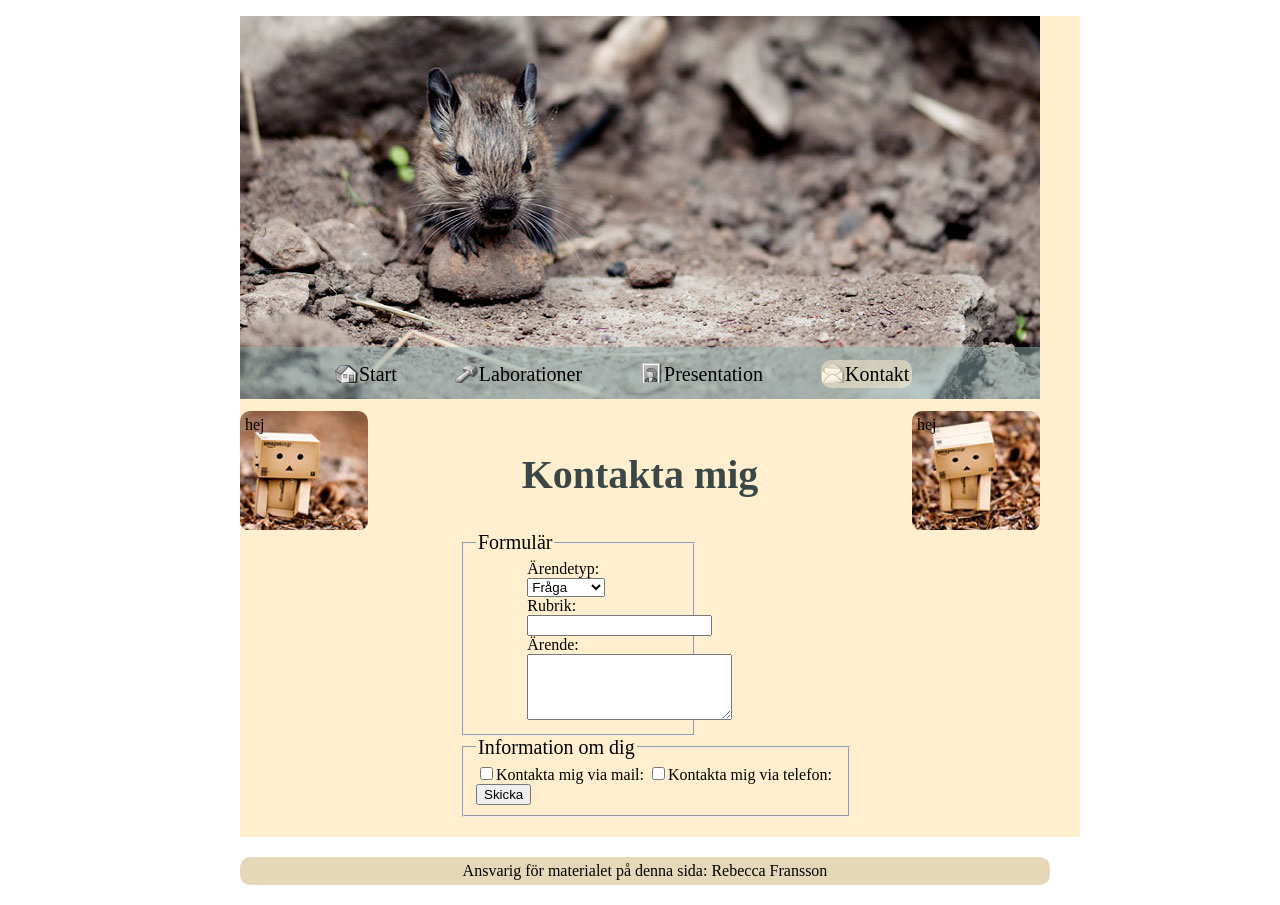
Repository: RebeccaFransson/Interfacedevelopment-1IK415
Page: pages/kontakt.html
The author's editor kept a record of every edit. The page is drawn from the files as they stood at one moment, then again after the next edit.
The browser window is 1280 px wide. The pictures show the whole page.

Above is the page before.

### pages/kontakt.html
<!DOCTYPE html>
<html>
 <head>
     <meta charset="utf-8" name="viewport" content="width=device-width, initial-scale=1.0" />
    <title>Kontakt</title>
     <link rel="stylesheet" href="../css/style.css" />
    <link rel="stylesheet" media="screen and (max-width:800px)" type="text/css" href="../css/min-style.css" />
 </head>
    <body>

   <div id="header">
        <p><img src="../Pictures/header.jpg" width="800" alt=""></p>

   </div>

   <div id="meny">
     <ul id="lista">
                <li id="start" class="meny-start">  <a href="../index.html">Start</a> </li>  <!-- ../ gör att jag kommer ut till mappen ovan.-->
                <li id="lab" class="meny-lab">      <a href="laborationer.html">Laborationer</a> </li>
                <li id="pres" class="meny-pres" >   <a href="presentation.html">Presentation</a> </li>
                <li id="kont" class="meny-kont">    <a class="active" href="kontakt.html">Kontakt</a> </li>
     </ul>
   </div>

   <div class="left pic">
     hej
    </div>
    <div class="right pic">
     hej
    </div>


   <div id="content">
   <h2>Kontakta mig</h2>
   <div class="form">
       <form name="form" method="post" action="http://voyager.lnu.se/tekinet/kurser/dtt/wp_webbintro/form.php">
         <fieldset style="width: 50%" >
          <legend>Formulär</legend>


         <!--Formuläret-->
        <div class="form">
           Ärendetyp: <select name="Ärendetyp">
          <option value="Fråga">Fråga</option>
          <option value="Klagomål">Klagomål</option>
         </select>
         Rubrik: <input type="text" name="Rubrik">
         Ärende: <textarea rows="4" cols="23"> </textarea>
        </fieldset>

        </div>

         <div class="form">
         <fieldset style="width: 90%" >
          <legend>Information om dig</legend>

           <input type="checkbox" name="kontakt" value="Mail">Kontakta mig via mail:
           <input type="checkbox" name="kontakt" value="Telefon">Kontakta mig via telefon:
           <input type="submit" value="Skicka">
          </fieldset>
          </div>

        </form>
   </div>
   </div>

   <div id="footer">
            Ansvarig för materialet på denna sida: Rebecca Fransson
   </div>

    </body>

     </html>

### css/style.css
body {

    width: 800px;
    margin:auto;

}

/*Här är min Header */
#header {

    background-color: #CCFFFF;
    height: auto;

}

#header img{
    float:left;
}

/*Här är min meny och länkarna */

#meny {
    background-color: RGBA(143, 178, 178, 0.5 );
    float: left;
    width: 800px;
    height:52px;
    position:relative;
    bottom:52px;
}


#meny li {
    margin-left:55px;
    list-style: none;
    float:left;


}
#meny a {
    padding:3px;
    text-decoration:none;
    font-size: 20px;
    padding-left:24px;

}
a:link {
    color: black;
}

a:visited {
    color: black;
}

a:hover {
    -webkit-border-radius: 10px;
    -moz-border-radius: 10px;
    border-radius: 10px;
    background-color: RGBA(255, 239, 206, 0.5 );

}

.active {
    -webkit-border-radius: 10px;
    -moz-border-radius: 10px;
    border-radius: 10px;
    background-color: RGBA(255, 239, 206, 0.5 );
}

/*Här är min Content med text */
#content{

    background-color:#FFEFCE;
    width: 800px;
    padding:20px;
    height:auto;

}
#content h2 {
    text-align:center;
    font-size:40px;
    color: #394747;
}

#content h3 {
    color: #52A3CC;
    font-size:20px;
    margin-left: 20px;
    margin-right: 20px;
    border-bottom: 2px solid #8FB2B2;

}

table {
    margin:auto;
}

.bildpamig{
    float:left;
    margin-top:60px;
    margin-right:10px;

}

.media{
    float:right;
}

.inlagg{
    margin-bottom:100px;
}

img p #content {
    float:none;
}

.signatur{
    float: right;
    font-style:oblique;
}


.pic{
    width: 118px;
    height:110px;
    margin-top:-40px;
    -webkit-border-radius: 10px;
    -moz-border-radius: 10px;
    border-radius: 10px;
    padding: 5px;
}
.right{
    max-width:70%;
    Background-image: url('Pictures/danbo1.jpg');
    display:block;
    background-repeat:no-repeat;
    float:right;
}

.left{
    Background-image: url('Pictures/danbo2.jpg');
    display:block;
    background-repeat:no-repeat;
    float:left;
}

#footer {

    Background-color: #E6D7B9;
    height:auto;
    width:800px;
    margin: 20px auto;
    text-align:center;
    -webkit-border-radius: 10px;
    -moz-border-radius: 10px;
    border-radius: 10px;
    padding: 5px;

}

/* Här kommer formulärets Css*/
.form {
    text-align:left;
    width: 50%;
    margin:auto;
}

#content legend {
    font-size: 20px;
}

.meny-start{
    height:20px;
    display:block;
    background-image: url('Pictures/sprite.png');
    background-repeat:no-repeat;
    background-origin:content-box;

}
#start{
    background-position: 0 -48px;


}
#start:hover{
    background-position: 0 0;
}



.meny-lab{
    height:20px;
    display:block;
    background-image: url('Pictures/sprite.png');
    background-repeat:no-repeat;
    background-origin:content-box;
}

#lab{
    background-position: 0 -144px;
}
#lab:hover{
    background-position: 0 -96px;
}


.meny-pres{
    height:20px;
    display:block;
    background-image: url('Pictures/sprite.png');
    float:left;
    background-repeat:no-repeat;
    background-origin:content-box;
}
#pres{
    background-position: 0 -240px;
}
#pres:hover{
    background-position: 0 -192px;
}

.meny-kont{
    height:20px;
    display:block;
    background-image: url('Pictures/sprite.png');
    float:left;
    background-repeat:no-repeat;
    background-origin:content-box;
}
#kont{
    background-position: 0 -336px;
}
#kont:hover{
    background-position: 0 -288px;
}

/*Mina bakgrundsfärger:
Header:#CCFFFF
Content:#FFEFCE
Footer:#E6D7B9
*/

@media print{
    #meny{
        display:none;
    }

    .pic{
        display:none;
    }
    #header {
        display:none;
    }
    #content {
        width:100%;
    }
    body {
        float:left;
    }

    #footer{
        display:none;
    }
    a:after{
        content: " ["attr(href) "]";
    }
}

### css/min-style.css
    body{
        max-width:100%;

    }
    #header{
        max-width:100%;
    }

    img, video {
        max-width:100%;
    }
    #lista{
        padding:0;
    }

    #meny{
        max-width:100%;
        height: auto;
        position:relative;
        bottom:52px;
    }

    #meny li {
        margin-left:55px;
        height: auto;
        margin-bottom:14px;
    }
    #meny a {
    font-size: 20px;
    margin-bottom:2px;
    }

    #content{
        padding-top:150px;
        max-width:100%;
        margin-left:0;
        width: auto;
    }

    #content h2 {
    margin-top:0;
    }

    #content h3 {

    font-size:18px;
    }

    .form {
    }

    #footer{
        max-width:90%;
    }

After the next edit:
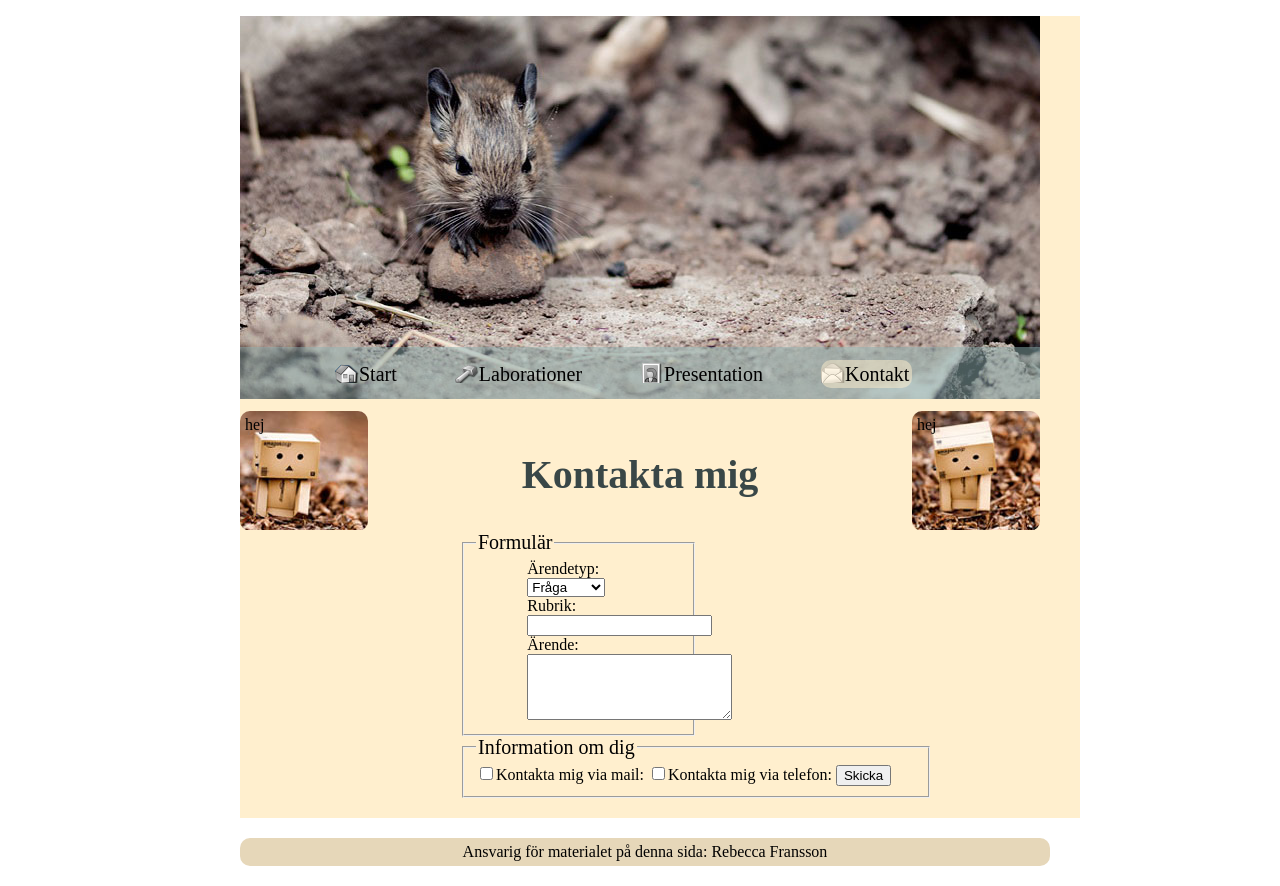
The edit:
--- a/pages/kontakt.html
+++ b/pages/kontakt.html
@@ -51,7 +51,7 @@
         </div>
 
          <div class="form">
-         <fieldset style="width: 90%" >
+         <fieldset style="width: 110%" >
           <legend>Information om dig</legend>
 
            <input type="checkbox" name="kontakt" value="Mail">Kontakta mig via mail:
